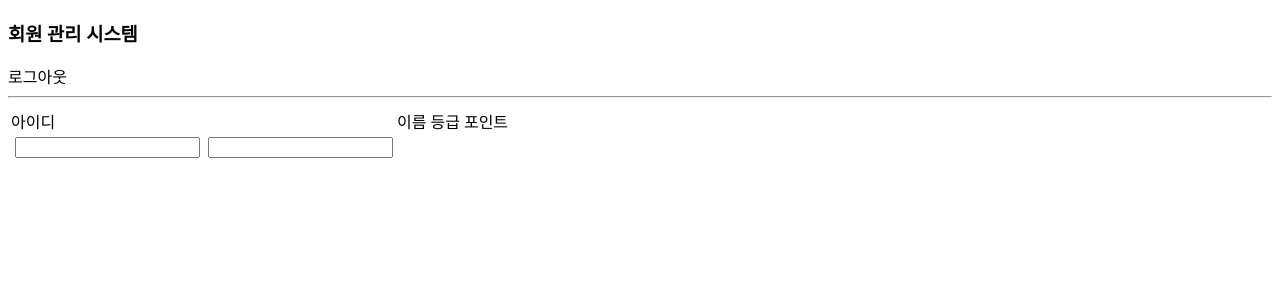
Repository: yangchunsick/JSPstudy
Page: http://localhost/ServerProgram/views/Detail.jsp
These files come from the project's save history. The page is drawn as it stood at one moment and after the next save; the edit follows.
The browser window is 1280 px wide. The pictures show the whole page.
The page is served by Tomcat 9. Other server files are loaded and not shown.

Above is the page before, as saved 2021-11-16 08:16:14.

### worksapce/ServerProgram/WebContent/views/Detail.jsp
<%@ page language="java" contentType="text/html; charset=UTF-8"
    pageEncoding="UTF-8"%>
<!DOCTYPE html>
<html>
<head>
<meta charset="UTF-8">
<title>Insert title here</title>
</head>
<body>

<h3>회원 관리 시스템</h3>
<a herf="#">로그아웃</a>
<hr>
<table>
	<thead border="1">
		<tr>
			<td colspan="4">아이디</td>
			<td>이름</td>
			<td>등급</td>
			<td>포인트</td>
		</tr>
	</thead>
	<tbody>
		<tr>
			<td>${members.ID}</td>
			<td><input type="text" name="name" value="${members.NAME}"></td>
			<td>${members.GRADE}</td>
			<td><input type="text" name="point" value="${members.point}"></td>
		</tr>
	</tbody>
	<tfoot>
		<tr></tr>
	</tfoot>
</table>

</body>
</html>

After the next save:
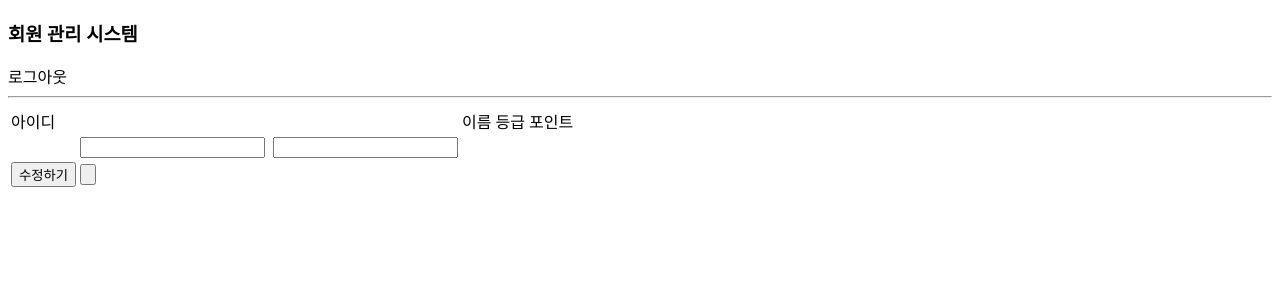
Saved 40 s later.
--- a/worksapce/ServerProgram/WebContent/views/Detail.jsp
+++ b/worksapce/ServerProgram/WebContent/views/Detail.jsp
@@ -29,7 +29,10 @@
 		</tr>
 	</tbody>
 	<tfoot>
-		<tr></tr>
+		<tr>
+			<td><input type="button" value="수정하기"></td>
+			<td><input type="button"></td>
+		</tr>
 	</tfoot>
 </table>
 
